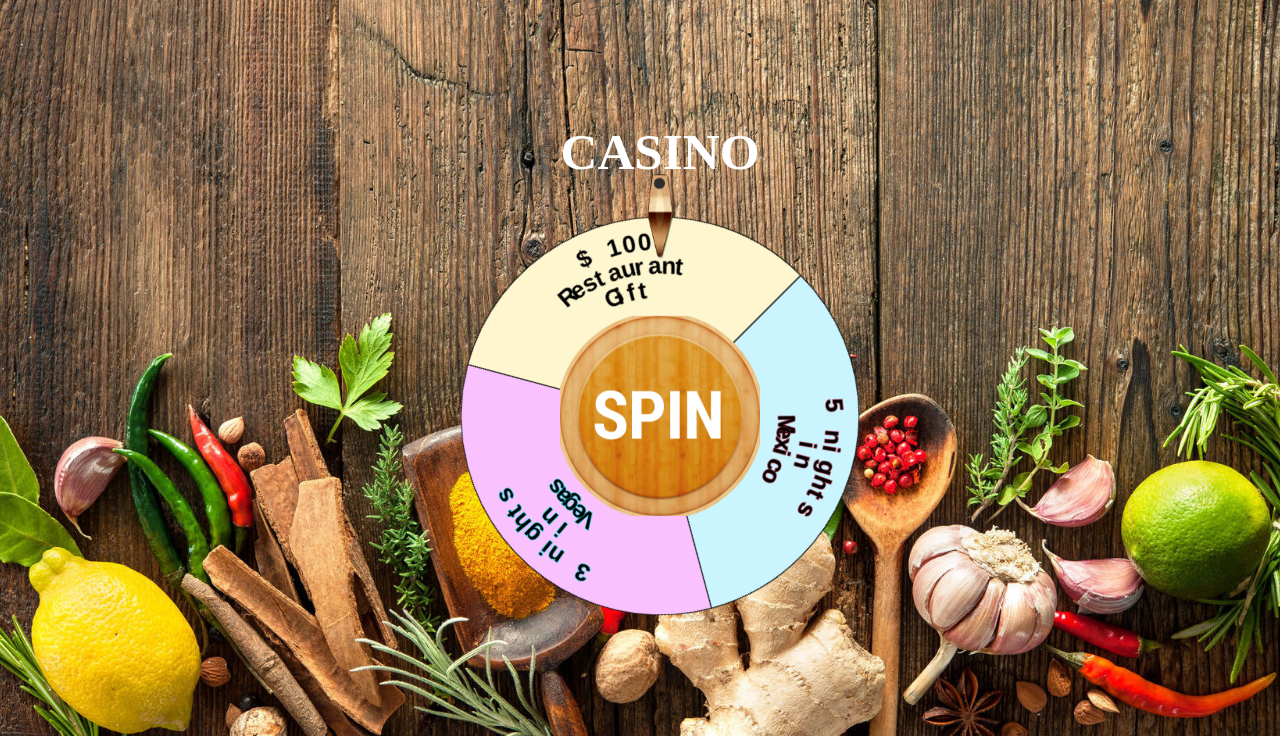
Repository: 43320888/upwork
Page: index.html
The author's editor kept a copy of each file at every save. The page is drawn from the files as they stood at one save, then again after the next save.
The browser window is 1280 px wide. The pictures show the whole page.

Above is the page before, as saved 2019-01-16 23:03:26.

### index.html
<!DOCTYPE html>
<html lang="en">
<head>
	<meta charset="UTF-8">
	<meta name="viewport" content="width=device-width, initial-scale=1.0">
	<meta http-equiv="X-UA-Compatible" content="ie=edge">
	<link rel="stylesheet" href="style.css">
	<script src="Winwheel.min.js"></script>
	<script src="http://cdnjs.cloudflare.com/ajax/libs/gsap/latest/TweenMax.min.js"></script>
	<title>Spin wheel</title>
</head>
<body class="spin-table">
	<div><ul>
	<li><h1>CASINO</h1></li>
	<li><div class="spin-table-container">
		<canvas id="canvas3" width="400" height="400">Canvas not supported, please user another browser.</canvas>
		<img onClick="theWheel3.startAnimation();" id="prizePointer" src="images/pin.png" alt="V" />
		<img onClick="theWheel3.startAnimation();"  src="images/spin_button.png" id="spinButton">
	</div></li>
	<li><script src="script.js"></script></li>
	</ul></div>
</body>
</html>

### style.css
.spin-table {
	background-image: url(images/Covers.jpg);
	background-position: center center;
	background-repeat: no-repeat;
	background-size: cover;
	color: white;
	font-size: 1.6em
}
.spin-table > div {
	margin-left: 50%;
	transform: translateX(-50%);
	text-align: center;
	display: inline-block;
}
.spin-table li {
	list-style-type: none;
}
.spin-table-container {
	position: relative;
	width: 400px;
}
#prizePointer {
	position: absolute;
	left: 150px;
	top: -50px;
	z-index: 999;
	width: 100px;
}
#spinButton {
	position: absolute;
	left: 100px;
	top: 100px;
	z-index: 999;
	width: 200px;
}
.spin-table canvas {
	z-index: 1;
}

.spin-table canvas {
	-webkit-animation-name: spin;
	-webkit-animation-duration: 40000ms;
	-webkit-animation-iteration-count: infinite;
	-webkit-animation-timing-function: linear;
	-moz-animation-name: spin;
	-moz-animation-duration: 40000ms;
	-moz-animation-iteration-count: infinite;
	-moz-animation-timing-function: linear;
	-ms-animation-name: spin;
	-ms-animation-duration: 40000ms;
	-ms-animation-iteration-count: infinite;
	-ms-animation-timing-function: linear;
	-o-transition: rotate(3600deg);
}
@-moz-keyframes spin {
	from { -moz-transform: rotate(0deg); }
	to { -moz-transform: rotate(360deg); }
}
@-webkit-keyframes spin {
	from { -webkit-transform: rotate(0deg); }
	to { -webkit-transform: rotate(360deg); }
}
@keyframes spin {
	from {transform:rotate(0deg);}
	to {transform:rotate(360deg);}
}

### script.js
/* eslint-disable quote-props */
// eslint-disable-next-line no-unused-vars, no-undef
const theWheel3 = new Winwheel({
	'canvasId': 'canvas3',
	'numSegments': 3,
	'textAlignment': 'outer',
	'textFontWeight': 'bold',
	'textFontSize': '24',
	'textOrientation': 'curved',
	'segments': [
		{'textStrokeStyle': 'rgb(200, 50, 75)', 'fillStyle': '#caf5ff', 'text': '5 nights\n in \nMexico'},
		{'textStrokeStyle': 'aqua', 'fillStyle': '#f9c2fe', 'text': '3 nights\nin\nVegas'},
		{'fillStyle': '#fdf6cf', 'text': '$ 100\nRestaurant\nGift'},
	],
	'animation':
		{
			'type': 'spinToStop',
			'duration': 5,
			'spins': 8
		}
});

function alignContent() {
	document.getElementsByClassName('spin-table')[0].style.height = `${document.documentElement.clientHeight}px`;
	document.getElementsByClassName('spin-table')[0].firstElementChild.style.marginTop = `${document.getElementsByClassName('spin-table')[0].clientHeight / 2 - document.getElementsByClassName('spin-table')[0].firstElementChild.clientHeight / 2}px`;
}
alignContent();
window.onresize = alignContent;

Loaded but not shown: Winwheel.min.js (library)

After the next save:
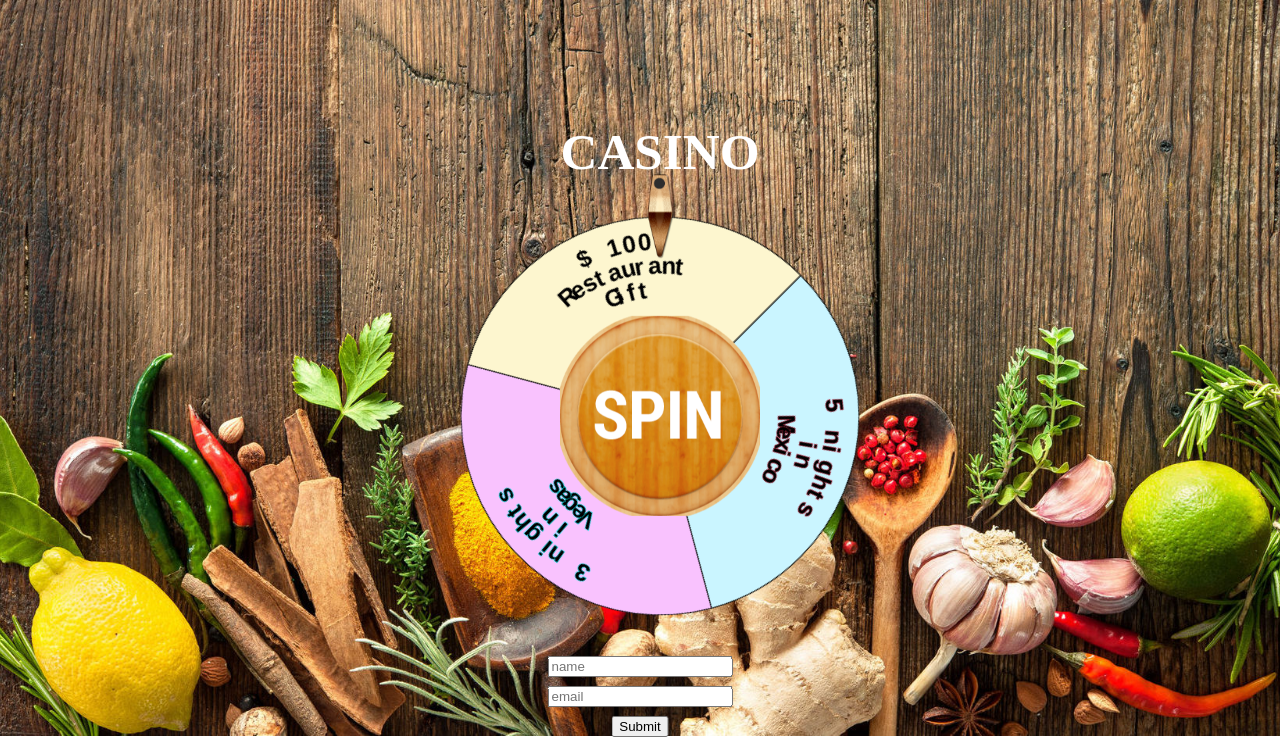
Saved 33 s later.
--- a/index.html
+++ b/index.html
@@ -19,5 +19,10 @@
 	</div></li>
 	<li><script src="script.js"></script></li>
 	</ul></div>
+	<div class="modal">
+			<li><input type="text" placeholder="name"></li>
+			<li><input type="text" placeholder="email"></li>
+			<li><input type="submit" placeholder="submit"></li>
+	</div>
 </body>
 </html>

After the 3 saves that followed:
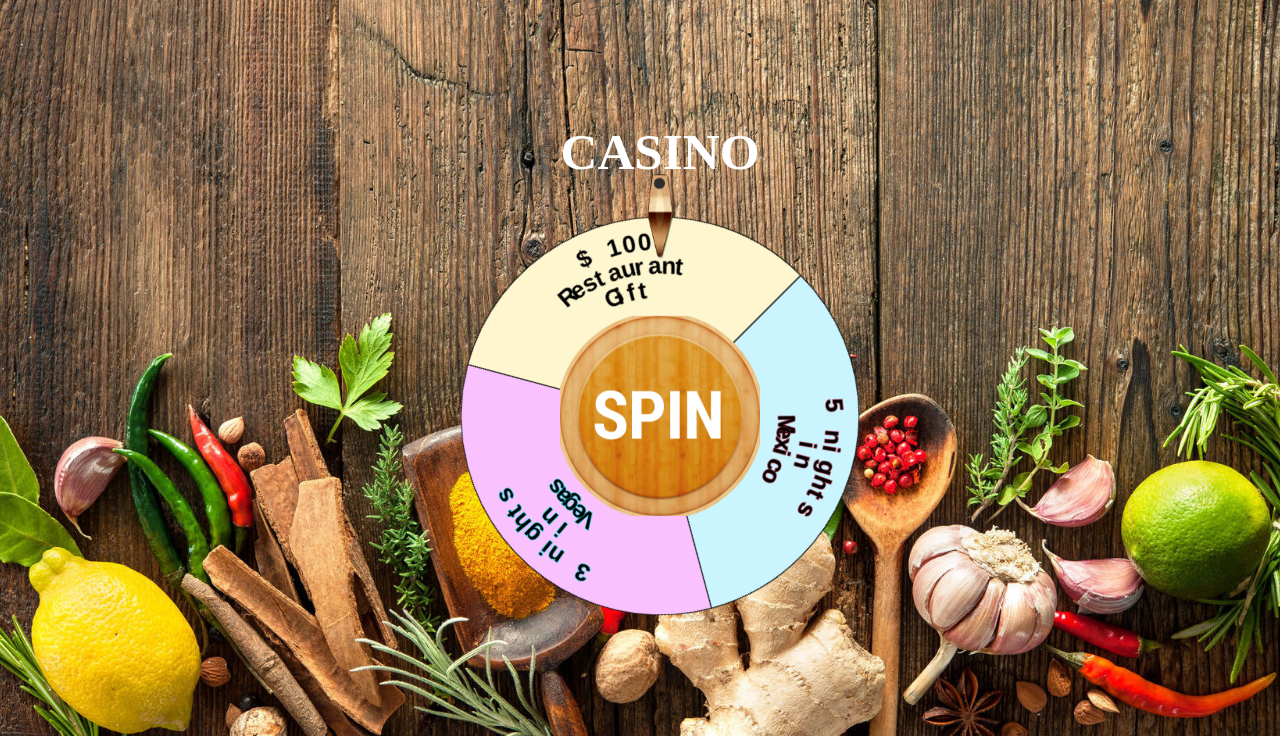
The 3 saves are shown as one change because 2 left the picture as it was.
The last was saved 32 s later.
--- a/index.html
+++ b/index.html
@@ -19,10 +19,5 @@
 	</div></li>
 	<li><script src="script.js"></script></li>
 	</ul></div>
-	<div class="modal">
-			<li><input type="text" placeholder="name"></li>
-			<li><input type="text" placeholder="email"></li>
-			<li><input type="submit" placeholder="submit"></li>
-	</div>
 </body>
 </html>
